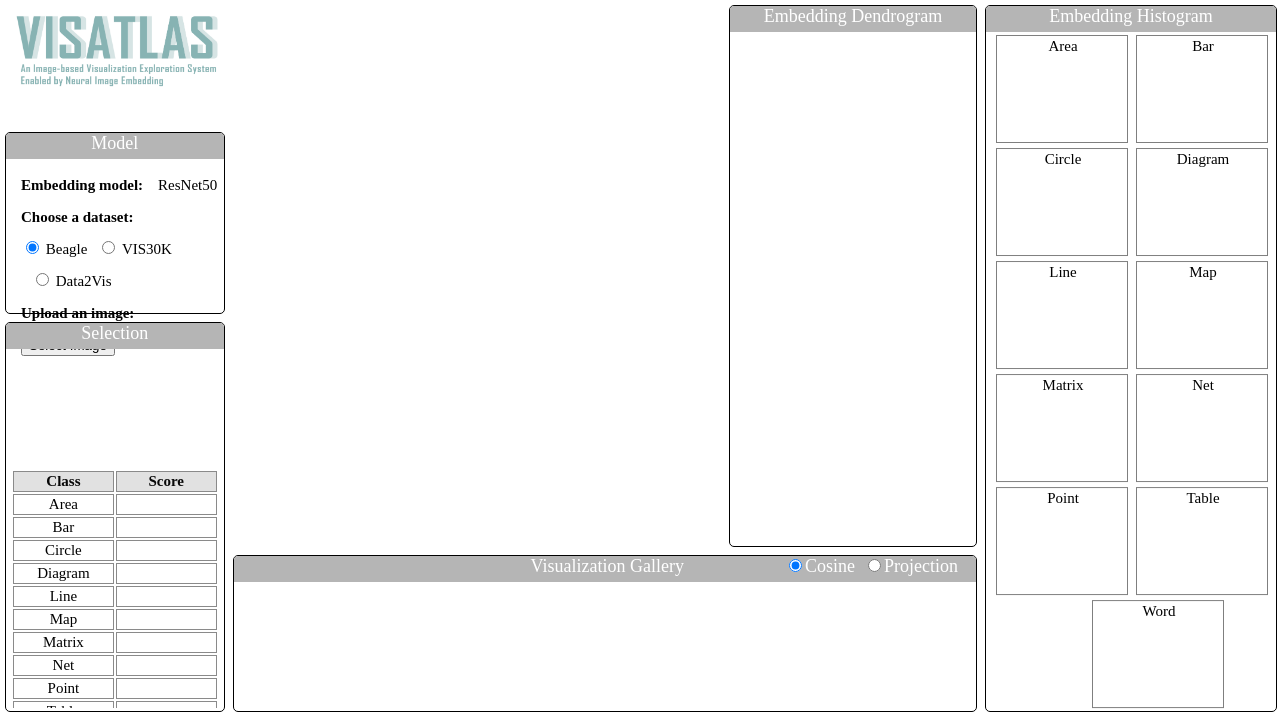
Repository: yilinye/AI_and_human_paintings
Page: / (app in VIS4AI_art/Frontend/)
An editor plug-in stored every save of this project. The page is shown before and after the next save, followed by the edit.
The browser window is 1280 px wide. The pictures show the whole page.
The page's requests for data from a server got no answer. The project was rebuilt for these pictures with package versions that can differ from the ones it lists, and the page was loaded fresh each time. No one was signed in, and anything a server would have sent is missing. Also part of the build but not shown: VIS4AI_art/Frontend/vite.config.js, VIS4AI_art/Frontend/vue.config.js, VIS4AI_art/Frontend/src/components/WelcomeItem.vue, VIS4AI_art/Frontend/src/components/icons/IconDocumentation.vue, VIS4AI_art/Frontend/src/components/icons/IconTooling.vue, VIS4AI_art/Frontend/src/components/icons/IconEcosystem.vue, VIS4AI_art/Frontend/src/components/icons/IconCommunity.vue, VIS4AI_art/Frontend/src/components/icons/IconSupport.vue and 2 more.

Above is the page before, as saved 2022-04-30 22:53:58.

### VIS4AI_art/Frontend/src/App.vue
<!--
 * @Author: Qing Shi
 * @LastEditTime: 2022-04-12 22:41:44
 * @Knowledge:
 * @Description:
 * @Attention:
-->

<template>
  <VisView/>
</template>

<script>
import VisView from "./views/visView.vue";

// var Event = new Vue();
export default {
    components: { VisView }
}
</script>

<style>
@import "./assets/base.css";

#app {
  height: calc(100%);
  font-weight: normal;
}

</style>

### VIS4AI_art/Frontend/src/assets/base.css
body {

  margin: 0%;
  height: 100%;
  width: 100%;
  background-color: rgb(255, 255, 255);
  overflow: hidden;
}


#titleBar {
  background: rgb(181, 181, 181);
  height: 26px;
  width: calc(100% + 0px);
  border-radius: 4px 4px 0px 0px;
  /* border: solid 1px; */
  transform: translate(0px);
  text-align: center;
  color: white;
  font-size: 18px;
}


/*chrome--------------------------------------------start*/
::-webkit-scrollbar {
  width: 8px;
  height: 8px;
}

/* Track */
::-webkit-scrollbar-track {
  background: #ffffff;
  border-radius: 8px;
}

/* Handle */
::-webkit-scrollbar-thumb {
  background: rgb(201, 201, 202);
  border-radius: 8px;
}

/* Handle on hover */
::-webkit-scrollbar-thumb:hover {
  background: rgb(162, 162, 163);
}

.el-menu::-webkit-scrollbar,
.el-table__body-wrapper::-webkit-scrollbar {
  display: none;
}

.el-menu:hover::-webkit-scrollbar,
.el-table__body-wrapper:hover::-webkit-scrollbar {
  display: block;
}

/*chrome--------------------------------------------end*/

### VIS4AI_art/Frontend/src/components/selectView.vue
<!--
 * @Author: Qing Shi
 * @LastEditTime: 2022-04-30 20:52:22
 * @Knowledge:
 * @Description:
 * @Attention:
-->
<template>
  <div style="height: 100%">
    <div id="titleBar">
      {{ viewName }}
    </div>
    <div id="selectPic">
      <div
        v-if="isChoose"
        id="isChoose"
      >
        <img
          id="nodePic"
        >
      </div>
    </div>
    <div id="selectTable">
      <table style="width:calc(100% - 10px);text-align: center;margin-top:2px;height:calc(100% - 10px);margin-bottom:5px;margin-left:5px; margin-right: 5px;">
        <tr style="height:calc(8% - 30px)">
          <th>Class</th>
          <th>Score</th>
        </tr>
        <tr
          v-for="item in items"
          :key="item.className"
          style="height:calc(8% - 30px)"
        >
          <td>{{ item.className }}</td>
          <td :id="item.className+'Table'">{{ item.classScore }}</td>
        </tr>
      </table>
    </div>
  </div>
</template>

<script>
export default {
  data () {
    return {
      viewName: "Selection",
      isChoose: true,
      picPath: "/src/assets/logo.svg",
      items: {
        Area: { className: "Area", classScore: "" },
        Bar: { className: "Bar", classScore: "" },
        Circle: { className: "Circle", classScore: "" },
        Diagram: { className: "Diagram", classScore: "" },
        Line: { className: "Line", classScore: "" },
        Map: { className: "Map", classScore: "" },
        Matrix: { className: "Matrix", classScore: "" },
        Net: { className: "Net", classScore: "" },
        Point: { className: "Point", classScore: "" },
        Table: { className: "Table", classScore: "" },
        Word: { className: "Word", classScore: "" },
      }
    }
  }
}
</script>

<style>
#selectPic {
  height: 30%;
  width: 100%;
}
#isChoose {
  text-align: center;
  margin-top: 1px;
  margin-left: 6px;
  margin-right: 6px;
  margin-bottom: 2px;
  height: 100%;
  display: flex;
  flex-direction: column;
  justify-content: center;
  align-items: center;
}
#selectTable {
  height: calc(70% - 30px);
  width: 100%;
  overflow: auto;
  /* background-color: #000000; */
}

th {
  text-align: middle;
  /* padding-left: 45px; */
  /* border-bottom: 1px solid #ddd; */
  border: 1px solid rgb(138, 138, 138);
  /* background-color: white; */
  background-color: rgb(225, 225, 225);
  color: rgb(7, 7, 7);
  font-size: 15px;
  /* color: white; */
}

td {
  text-align: middle;
  /* padding-left: 45px; */
  width: 50%;
  /* border-bottom: 1px solid #ddd; */
  border: 1px solid rgb(138, 138, 138);
  font-size: 15px;
  color: black;
  /* height: 100% */
}

/* tr {
  height: calc(100%)
} */

tr:hover {
  background-color: rgb(231, 164, 179);
}
</style>

### VIS4AI_art/Frontend/src/components/histogramView.vue
<!--
 * @Author: Qing Shi
 * @LastEditTime: 2022-04-30 22:53:53
 * @Knowledge:
 * @Description:
 * @Attention:
-->
<template>
  <div>
    <div id="titleBar">
      {{ viewName }}
    </div>
    <div id="mainHistogram">
      <div
        v-for="(ty, index) in typeName"
        :key="ty"
        :id="'His' + ty"
        v-bind:style="{ border: 'solid 1px rgba(0, 0, 0, 0.5)', width: wd, height:hs, position: 'absolute', left: '10px', transform: 'translate(' + (index == 10 ? 'calc(50% + 30px)' : index % 2 ? 'calc(100% + 8px)' : '0') + ',' + 'calc(' + ((Math.floor(index / 2)) * 100) + '% + ' + ((Math.floor(index / 2)) * 5) + 'px' + ' + 3px)' + ')' }"
      >

      </div>
    </div>
  </div>
</template>

<script>
import * as d3 from 'd3';
import { dataService } from '../service';
export default {
  mounted () {
    // dataService.fetchData({ 'filePath': this.fileP.filePath }, fileData => {
    //   console.log(11111);

    //   // this.drawHistogram(fileData.data.data, this.typeName);
    // });
    this.typeName.forEach(d => {
      this.createSVG(d);
    })

    this.drawHistogram(this.fileP.filePath, this.typeName);
  },
  data () {
    return {
      viewName: "Embedding Histogram",
      typeName: ["Area", "Bar", "Circle", "Diagram", "Line", "Map", "Matrix", "Net", "Point", "Table", "Word"],
      hs: "calc(16.6% - 11px)",
      wd: "calc(50% - 15px)",
      selectType: '',
      xAxis: undefined,
      yAxis: {},
      hisWidth: 0,
      hisHeight: 0,
      levelCluster: {
        "Beagle": ['Circle', 'Map', 'Line', 'Area', 'Bar', 'Net', 'Point', 'Diagram', 'Matrix', 'Table', 'Word'],
        "VIS": ["Map", "Circle", "Bar", "Point", "Line", "Diagram", "Matrix", "Net", "Area", "Table", "Word"],
        "Data": ["Area", "Line", "Bar", "Point"]
      },

    };
  },
  inject: ['fileP'], // get file path from visView.vue
  methods: {
    /**
     * @description: create svg for every histogram
     * @param {*} hisType Feature
     * @return {*}
     */
    createSVG: function (hisType) {
      d3.select("#" + hisType + 'Svg').remove();
      const hisHeight = document.getElementById(('His' + hisType)).offsetHeight;
      const hisWidth = document.getElementById(('His' + hisType)).offsetWidth;
      this.hisHeight = hisHeight;
      this.hisWidth = hisWidth;
      d3.select('#His' + hisType)
        .append('svg')
        .attr('id', hisType + 'Svg')
        .attr('width', hisWidth)
        .attr('height', hisHeight)
      d3.select('#' + hisType + 'Svg')
        .append('text')
        .text(hisType)
        .attr('font-size', 15)
        .attr('text-anchor', 'middle')
        .attr('y', 15)
        .attr('x', hisWidth / 2)
    },
    /**
     * @description: data processing and use function
     * @param {String} filePath: which file will be used, selected in modelView.vue
     * @param {Array} hisTypeArray: Feature Group
     * @return {*}
     */
    drawHistogram: function (filePath, hisTypeArray) {
      d3.csv(filePath).then((fileData) => {
        hisTypeArray.forEach(hisType => {
          // index name need small letters
          let hisTag = hisType.toLowerCase();
          const hisData = new Object();
          for (let i = 0; i < fileData.length; ++i) {
            let indexNum = Math.floor(parseFloat(fileData[i][hisTag]) * 10);
            if (indexNum == 10) indexNum--; // let 1 to 0.9 ~ 1
            if (indexNum == 0) continue;
            if (typeof (hisData[indexNum]) == 'undefined') {
              hisData[indexNum] = { cnt: 0, items: [] };
            }
            hisData[indexNum].cnt++;
            hisData[indexNum].items.push(fileData[i]);
          }

          // remove old View
          d3.select("#his_g_" + hisType).remove();
          // define new View
          d3.select("#" + hisType + "Svg")
            .append('g')
            .attr("id", "his_g_" + hisType);

          this.drawRectAndAxis(hisData, hisType);
          this.drawSelectRect(hisData, hisType);
          this.RectBrush(hisData, hisType);
          // this.allHisData[hisType] = hisData;
          // d3.select("#selCircle8").transition().duration(2000).attr('y', 20).attr("height", 70);
        })
      });
    },
    /**
     * @description: draw bar charts and x/y axises
     * @param {Array} hisData bar chart data
     * @param {String} hisType Feature
     * @return {*}
     */
    drawRectAndAxis: function (hisData, hisType) {
      // remove old View
      d3.select("#his_rect_g_" + hisType).remove();
      // define new View
      const his_g = d3.select("#his_g_" + hisType)
        .append('g')
        .attr("id", "his_rect_g_" + hisType);

      const hisArray = new Array();

      for (let i in hisData)
        hisArray.push(hisData[i].cnt);

      const xAxis = d3.scaleLinear()
        .domain([0.1, 1.0])
        .range([0, this.hisWidth - 60])
      const yAxis = d3.scaleLinear()
        .domain([0, d3.max(hisArray)])
        .range([this.hisHeight - 42, 0]);
      this.xAxis = xAxis;
      this.yAxis[hisType] = yAxis;

      his_g.append('g')
        .selectAll("#hisRect" + hisType)
        .attr('id', "hisRect" + hisType)
        .data(hisArray)
        .enter()
        .append('rect')
        .attr("dmax", d3.max(hisArray))
        .attr('x', (d, i) => {
          return this.xAxis((i + 1) / 10) + 45 + 5;
        })
        .attr('y', (d, i) => {
          return this.yAxis[hisType](d) + 20;
        })
        .attr('height', d => {
          return this.hisHeight - 42 - this.yAxis[hisType](d)
        })
        .attr('width', 10)
        .attr('fill', "rgb(198, 198, 198)");
      // draw Axis
      his_g.append('g')
        .call(d3.axisBottom(xAxis).ticks(5))
        .attr("transform", `translate(${45}, ${this.hisHeight - 22})`);
      his_g.append('g')
        .call(d3.axisLeft(yAxis).ticks(5))
        .attr("transform", `translate(${45}, ${20})`);
    },
    /**
     * @description: draw bar charts which be select. I draw them without height. When I select some data, I will change the height of them.
     * @param {*} hisData bar chart data
     * @param {*} hisType Feature
     * @return {*}
     */
    drawSelectRect: function (hisData, hisType) {
      // remove old View
      d3.select("#his_sel_g_" + hisType).remove();
      // define new View
      const his_g = d3.select("#his_g_" + hisType)
        .append('g')
        .attr("id", "his_sel_g_" + hisType);

      const hisArray = new Array();
      for (let i in hisData)
        hisArray.push(hisData[i].cnt);
      // console.log()
      his_g.append('g')
        .selectAll("#hisSelRect" + hisType)
        .attr('id', "hisSelRect" + hisType)
        .data(hisArray)
        .enter()
        .append('rect')
        .attr("dmax", this.yAxis[hisType].domain()[1])
        .attr("hisHeight", this.hisHeight)
        .attr("id", (d, i) => {
          return "sel" + hisType + (i + 1);
        })
        .attr('x', (d, i) => {
          return this.xAxis((i + 1) / 10) + 40;
        })
        .attr('y', (d, i) => {
          return this.hisHeight - 20;
        })
        .attr('height', d => {
          return 0;
        })
        .attr('width', 10)
        .attr('fill', "orange");
    },
    /**
     * @description: a brush. Select areas in the bar chart
     * @param {*} hisData bar chart data
     * @param {*} hisType Feature
     * @return {*}
     */
    RectBrush (hisData, hisType) {
      let _this = this;
      const hisArray = new Array();
      for (let i in hisData)
        hisArray.push(hisData[i].cnt);
      const brush = d3.brush()
        .extent([
          [30, 15],
          [_this.hisWidth - 5, _this.hisHeight - 10]
        ])
        .on('start', function ({ selection }) {
          if (selection != null) {
            d3.select('#brush_rect').remove();
          }
        })
        // .on('brush', brushing)
        .on('end', brushed);
      // console.log(hisData)
      const brush_g = d3.select("#his_g_" + hisType)
        .append('g')
        .attr('id', 'brush_g' + hisType)
        .call(brush);

      // I really don't like programing this function, but it's the method which can clear the brush.
      function brushed ({ selection }) {
        if (selection != null) {
          const [
            [x0, y0],
            [x1, y1]
          ] = selection;
          d3.select('#his_g_' + hisType)
            .append("rect")
            .attr('id', 'brush_rect')
            .attr('x', x0)
            .attr('y', y0)
            .attr('width', x1 - x0)
            .attr('height', y1 - y0)
            .attr('fill', 'white')
            .attr('fill-opacity', 0)
            .attr('stroke', '#2378ae')
            .attr('stroke-dasharray', '4, 4')
            .attr('stroke-width', 3);

          let levelType = undefined;
          let pidScatter = {};

        let filePath = _this.fileP.filePath;
        if (filePath[13] == 'B') {
          levelType = _this.levelCluster["Beagle"];
        }

        if (filePath[13] == 'V') {
          levelType = _this.levelCluster["VIS"];
        }

        if (filePath[13] == 'D') {
          levelType = _this.levelCluster["Data"];
        }
          let treeCnt = {};
          levelType.forEach(d => {
            treeCnt[d.toLowerCase()] = {
              value: 0,
              id: d
            }
          })
          let selectData = {};
          _this.typeName.forEach(d => {
            selectData[d] = {};
            for (let i = 1; i <= 9; ++i)
              selectData[d][i] = { cnt: 0 };
          })
          for (let i = 0; i < 9; ++i) {
            if (x0 < _this.xAxis((i + 1) / 10) + 40 + 6 && _this.xAxis((i + 1) / 10) + 40 + 6 < x1) {
              hisData[i + 1].items.forEach(d => {
                pidScatter[d.pid] = 1;
                // d3.select("#rad_cir" + d.pid).attr('opacity', 1).attr('r', 4);
                _this.typeName.forEach(hisTag => {
                  let indexNum = Math.floor(parseFloat(d[hisTag.toLowerCase()]) * 10);
                  if (indexNum == 10) indexNum--; // let 1 to 0.9 ~ 1
                  if (indexNum != 0) {
                    selectData[hisTag][indexNum].cnt++;
                  }
                })
                treeCnt[d['class']].value++;
              })
            }
          }
          d3.selectAll('.rad_cir')
            .attr('r', d => {
              return pidScatter[d.pid] == 1 ? 2 : 0;
            })
          for (let i in selectData) {
            for (let j in selectData[i]) {
              d3.select("#sel" + i + (j))
                .transition().duration(1000)
                .attr('y', _this.yAxis[i](selectData[i][j].cnt) + 20)
                .attr("height", _this.hisHeight - 42 - _this.yAxis[i](selectData[i][j].cnt));
            }
          }
          let treeData = [];
          let sumTree = 0;
          for (let i in treeCnt) {
            if (treeCnt[i].value > 0) {
              treeData.push({
                value: treeCnt[i].value,
                id: treeCnt[i].id.toLowerCase(),
                top: sumTree
              });
              sumTree += treeCnt[i].value;
            }
          }
          _this.updateTree(treeData, sumTree);
          // clear brush
          d3.select(this).call(brush.move, null);
        }
      }
    },
    /**
     * @description: update Dendrogram
     * @param {Array} treeData data of the tree
     * @param {Int} sumTree Number of all selected elements
     * @return {*}
     */
    updateTree (treeData, sumTree) {
      this.$emit('updateTree', treeData, sumTree);
    }
  },
  watch: {
    fileP: {
      handler (newValue, oldValue) {
        console.log(newValue)
        this.drawHistogram(this.fileP.filePath, this.typeName);
      },
      deep: true
    }
  }
}
</script>

<style>
#mainHistogram {
  height: calc(100% - 30px);
  width: calc(100%);
  /* background-color: #000; */
}
.selection {
  fill: none;
  stroke: #2378ae;
  stroke-width: 3;
  stroke-dasharray: 4, 4;
}
</style>

### VIS4AI_art/Frontend/src/components/galleryView.vue
<template>
  <div style="width: 100%; height: 100%;">
    <div id="titleBar">
      <span style="position: absolute; left: 40%;">{{ viewName }}</span>
      <span style="float: right">
        <form
          id="select-distance"
          style="margin-top:0;margin-right:18px"
        >

          <input
            type="radio"
            id="metricChoice1"
            name="contact"
            value="cosine"
            checked="checked"
            @click="updateType('Cosine')"
          >
          <label for="metricChoice1">Cosine</label>

          <input
            type="radio"
            id="metricChoice2"
            name="contact"
            value="radviz"
            style="margin-left:13px;padding-top:50%;"
            @click="updateType('Projection')"
          >
          <label for="metricChoice2">Projection</label>

        </form>
      </span>

    </div>
    <div id="nodeGallery">
      <div style="height: 100%; white-space: nowrap;">
        <div
          v-for="(item, index) in closeNode"
          :key="index"
          class="closeNode"
        >
          <img
            :src="'/src/assets' + item.path.slice(1)"
            alt=""
            :pid="item.pid"
            style="height:100%;"
            @click="updateSelectNode(item)"
          >
        </div>
      </div>
    </div>
  </div>
</template>

<script>
export default {
  data () {
    return {
      viewName: "Visualization Gallery",
      closeNode: []
    }
  },
  methods: {
    /**
     * @description: set the closeNode
     * @param {Array} data picture information from visView.vue
     * @return {*}
     */
    setCloseNode (data) {
      // console.log(data);
      this.closeNode = data;
    },
    /**
     * @description: change the gallery type
     * @param {String} data Cosine / Projection
     * @return {*}
     */
    updateType (data) {
      // console.log(data)
      this.$emit('updateGType', data);
    },
    /**
     * @description: select a picture and upload information
     * @param {*} data data bound to the picture
     * @return {*}
     */
    updateSelectNode (data) {
      this.$emit("updateSelectNode", data);
    }
  }
}
</script>

<style>
#nodeGallery {
  overflow-x: scroll;
  overflow-y: hidden;
  width: 100%;
  height: calc(100% - 30px);
}
.closeNode {
  /* position: absolute; */
  /* width: 20%; */
  height: calc(100% - 20px);
  /* padding-bottom: 50%; */
  /* position: fixed; */
  margin-top: 10px;
  margin-bottom: 10px;
  border: solid 1px rgba(0, 0, 0, 0.5);
  margin-left: 5px;
  margin-right: 5px;
  /* float: left; */
  white-space: normal;
  display: inline-block;
  /* display: flex; */
  flex-direction: column;
  justify-content: center;
  align-items: center;
}
</style>

Loaded but not shown: VIS4AI_art/Frontend/index.html (common file); VIS4AI_art/Frontend/src/service/modules/dataService.js (24 lines, source omitted); VIS4AI_art/Frontend/src/router/index.js (21 lines, source omitted); VIS4AI_art/Frontend/src/main.js (11 lines, source omitted); VIS4AI_art/Frontend/src/service/index.js (1 lines, source omitted); VIS4AI_art/Frontend/src/components/mainView.vue (851 lines, source omitted); VIS4AI_art/Frontend/src/components/dendrogramView.vue (279 lines, source omitted); VIS4AI_art/Frontend/src/components/modelView.vue (167 lines, source omitted); VIS4AI_art/Frontend/src/views/visView.vue (199 lines, source omitted)

After the next save:
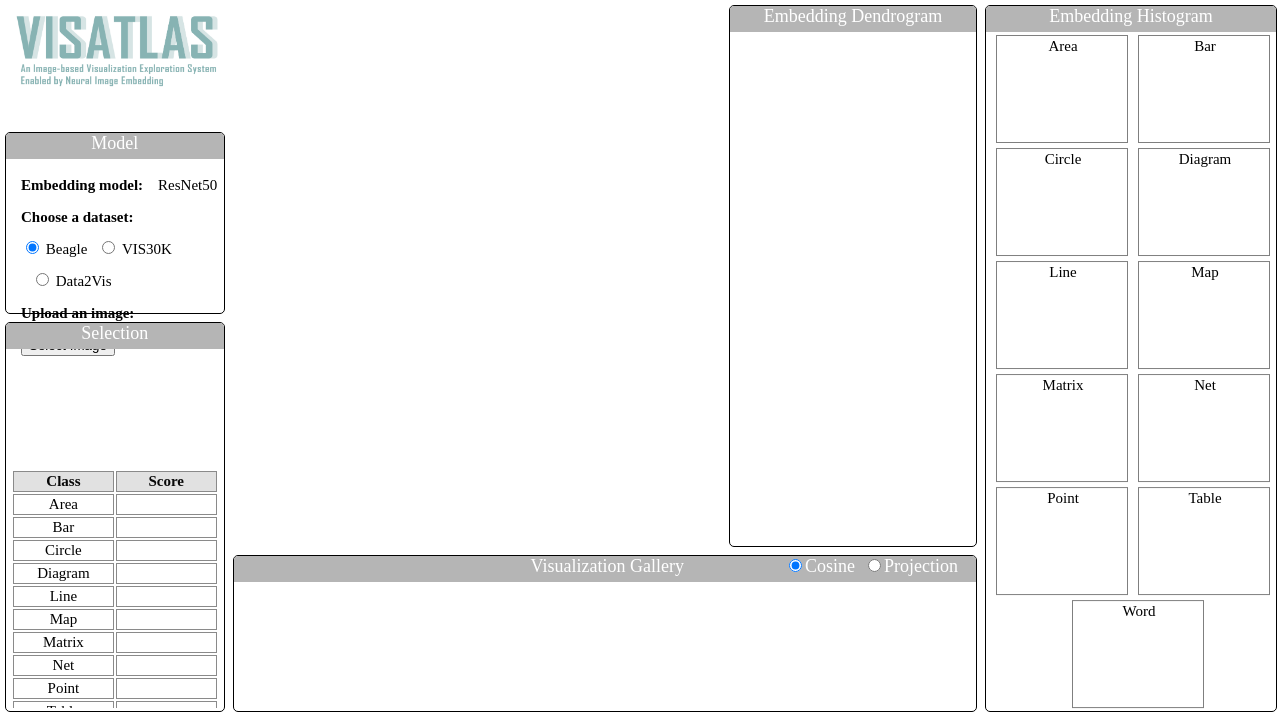
Saved 11 s later.
--- a/VIS4AI_art/Frontend/src/components/histogramView.vue
+++ b/VIS4AI_art/Frontend/src/components/histogramView.vue
@@ -1,6 +1,6 @@
 <!--
  * @Author: Qing Shi
- * @LastEditTime: 2022-04-30 22:53:53
+ * @LastEditTime: 2022-04-30 22:52:35
  * @Knowledge:
  * @Description:
  * @Attention:
@@ -15,7 +15,7 @@
         v-for="(ty, index) in typeName"
         :key="ty"
         :id="'His' + ty"
-        v-bind:style="{ border: 'solid 1px rgba(0, 0, 0, 0.5)', width: wd, height:hs, position: 'absolute', left: '10px', transform: 'translate(' + (index == 10 ? 'calc(50% + 30px)' : index % 2 ? 'calc(100% + 8px)' : '0') + ',' + 'calc(' + ((Math.floor(index / 2)) * 100) + '% + ' + ((Math.floor(index / 2)) * 5) + 'px' + ' + 3px)' + ')' }"
+        v-bind:style="{ border: 'solid 1px rgba(0, 0, 0, 0.5)', width: wd, height:hs, position: 'absolute', left: '10px', transform: 'translate(' + (index == 10 ? 'calc(50% + 10px)' : index % 2 ? 'calc(100% + 10px)' : '0') + ',' + 'calc(' + ((Math.floor(index / 2)) * 100) + '% + ' + ((Math.floor(index / 2)) * 5) + 'px' + ' + 3px)' + ')' }"
       >
 
       </div>
